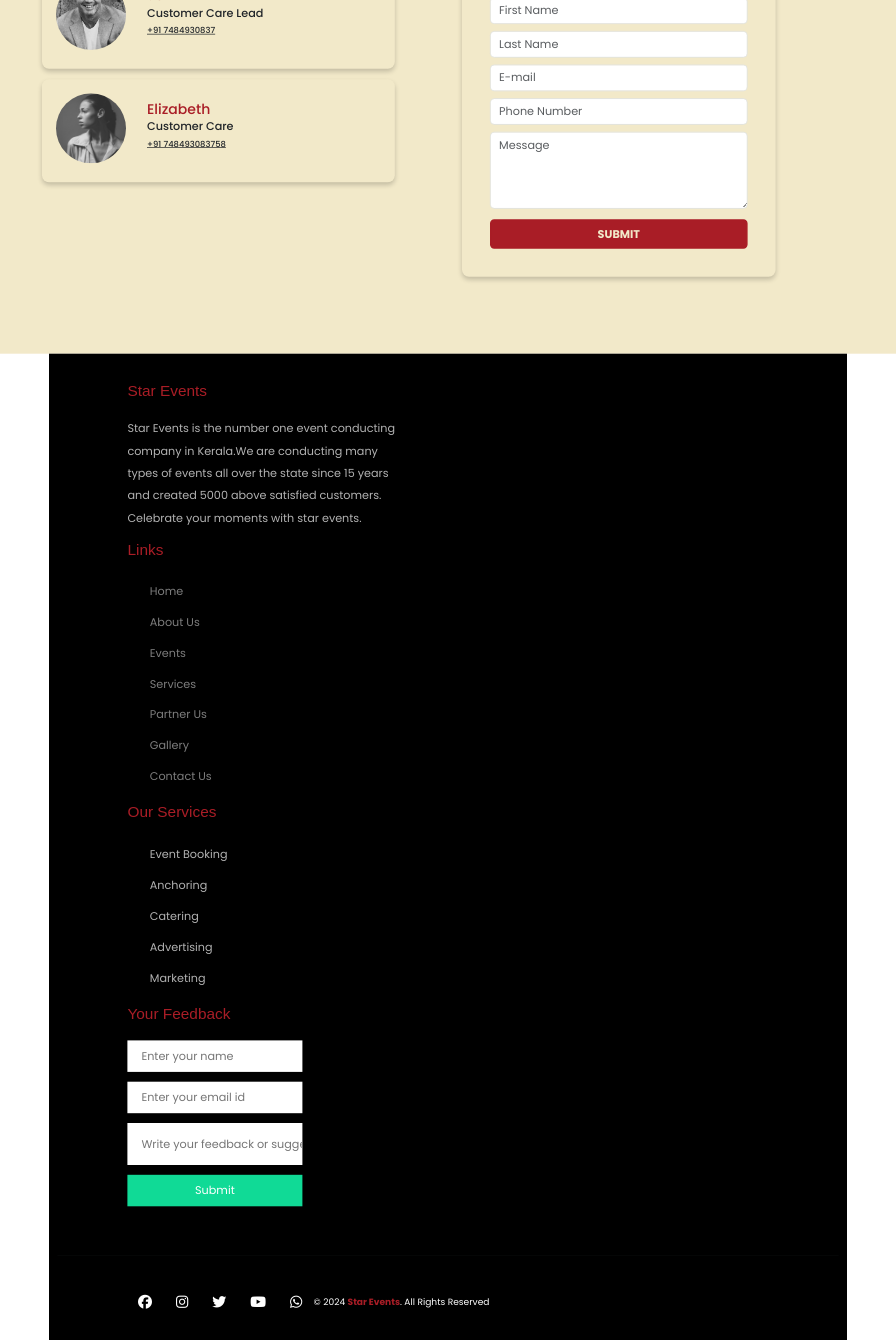
Repository: SharonSebastian32/Event-Management-System-
Page: index.html
An editor plug-in stored every save of this project. The page is shown before and after the next save, followed by the edit.
The browser window is 1280 px wide. The pictures show the part of the page from y = 4496 to 6416 px (the page is 6410 px tall before and 6416 px after), at 70% of full size.
A picture or video elsewhere on the page could not be fetched, so the positions and the page height are approximate. Some web libraries are served in a nearby version.

Above is the page before, as saved 2024-09-06 12:34:06.
Not found: assets/css/ContactUs.css

### index.html
<!DOCTYPE html>
<html lang="en">
  <head>
    <meta charset="UTF-8" />
    <meta name="viewport" content="width=device-width, initial-scale=1.0" />
    <link rel="icon" type="image/x-icon" href="./Assets/images/aa.png" />
    <title>Star Events</title>
    <link
      rel="stylesheet"
      href="https://cdnjs.cloudflare.com/ajax/libs/font-awesome/5.15.4/css/all.min.css"
    />
    <link rel="stylesheet" href="./Css/Styles.css" />

    <!-- conatct us  style -->
    <link rel="stylesheet" href="/assets/css/ContactUs.css" />
    <link
      href="https://cdn.jsdelivr.net/npm/bootstrap@5.3.0/dist/css/bootstrap.min.css"
      rel="stylesheet"
    />

    <!-- footer link  style   -->
    <link
      rel="stylesheet"
      href="https://cdnjs.cloudflare.com/ajax/libs/font-awesome/6.6.0/css/all.min.css"
      integrity="sha512-Kc323vGBEqzTmouAECnVceyQqyqdsSiqLQISBL29aUW4U/M7pSPA/gEUZQqv1cwx4OnYxTxve5UMg5GT6L4JJg=="
      crossorigin="anonymous"
      referrerpolicy="no-referrer"
    />
  </head>
  <body>
    <!-- hero section start -->
    <nav>
      <div class="nav-container">
        <div class="logo">
          <a href="#home">
            <img src="./Assets/images/aa.png" alt="Event Management Logo" />
          </a>
        </div>
        <ul class="nav-links">
          <li><a href="#home">HOME</a></li>
          <li><a href="#about">ABOUT US</a></li>
          <li><a href="#events-sect">EVENTS</a></li>
          <li><a href="#services">SERVICES</a></li>
          <li><a href="#partners us">PARTNERS US</a></li>
          <li><a href="#gallery">GALLERY</a></li>
          <li><a href="#contact-us">CONTACT US</a></li>
        </ul>
        <div class="sign-in">
          <a href="#login">SIGN IN</a>
        </div>
      </div>
    </nav>

    <!-- Section for Event Management Video -->
    <section class="video-section">
      <video autoplay muted loop>
        <source src="./Assets/videos/aa.mp4" type="video/mp4" />
        Your browser does not support the video tag.
      </video>
    </section>

    <!-- hero section end -->

    <!-- about us section  start-->
    <section id="about" class="about-us-section">
      <div class="about-container">
        <div class="about-text">
          <h2>ABOUT US</h2>
          <p>
            We are a leading event management company specializing in creating
            unforgettable experiences for our clients. With a team of passionate
            professionals, we bring ideas to life and turn your vision into
            reality.
          </p>
          <p>
            Whether it’s a corporate event, wedding, or private celebration, our
            attention to detail and personalized approach ensures that every
            event is a success.
          </p>
        </div>
        <div class="about-image">
          <img src="./Assets/images/about-us.jpg" alt="About Us" />
        </div>
      </div>
    </section>
    <!-- about us section  ends-->

    <!-- events section start -->

    <section id="events-sect" style="background-color: #f2e9c9">
      <center>
        <h1
          style="font-size: 45px; color: #a91d26; padding-top: 10px"
          data-aos="zoom-in"
        >
          EVENTS
        </h1>
        <form class="search-form" data-aos="flip-down">
          <input
            type="text"
            name="search"
            id="search"
            placeholder="Search events by name, category, price"
            data-aos="flip-down"
          />
          <button type="submit">Search</button>
        </form>
      </center>
      <div class="event-container" id="event-container">
        <!-- Event cards will be injected here by JavaScript -->
      </div>
      <div id="event-modal" class="modal" data-aos="fade-in">
        <div class="modal-content">
          <span class="close">&times;</span>
          <h2>Event Details</h2>
          <p id="event-description">Details will be displayed here.</p>
          <br />
          <a
            href="https://sharonsebastian32.github.io/razorpaypaymentgateway_implementation/"
            target="_blank"
          >
            <button class="view-details-btn">Register Now</button>
          </a>
        </div>
      </div>
    </section>

    <!-- events section end -->

    <!-- conatct us section -->
    <div class="container-fluid contact_us" id="contact-us">
      <h2>CONTACT-US</h2>
      <h6>Our team of customer care is ready to hear from you.</h6>

      <div class="row main_section">
        <div class="col-md-6 section1">
          <h3>Customer Care</h3>
          <p>
            Not sure where to start? Need help adding that extra mojo to your
            landing page? Just visit our
            <span>hepl center</span> or get in touch with us:
          </p>
          <div class="customer_care">
            <div class="customer_care_profile">
              <div class="profile_img">
                <img src="./Assets/images/men.jpg" alt="customer_care" />
              </div>
              <div class="profile_details">
                <h5>John</h5>
                <h6>Customer Care Lead</h6>
                <p>+91 7484930837</p>
              </div>
            </div>
            <div class="customer_care_profile">
              <div class="profile_img">
                <img src="./Assets/images/women.jpg" alt="customer_care" />
              </div>
              <div class="profile_details">
                <h5>Elizabeth</h5>
                <h6>Customer Care</h6>
                <p>+91 748493083758</p>
              </div>
            </div>
          </div>
        </div>
        <div class="col-md-6 section2">
          <h3>Reach out of us!</h3>
          <p>
            Got a question about us? Are you intereseted in partnering with us?
            Have some suggestions or just want to say Hi? Contact Us:
          </p>
          <form action="">
            <input
              class="form-control"
              type="text"
              name="first_name"
              placeholder="First Name"
              required
            />
            <input
              class="form-control"
              type="text"
              name="last_name"
              placeholder="Last Name"
              required
            />
            <input
              class="form-control"
              type="email"
              name="email"
              placeholder="E-mail"
              required
            />
            <input
              class="form-control"
              type="tel"
              name="phone"
              placeholder="Phone Number"
              required
            />
            <textarea
              class="form-control"
              name="message"
              id=""
              rows="4"
              placeholder="Message"
            ></textarea>
            <button class="btn">SUBMIT</button>
          </form>
        </div>
      </div>
    </div>
    <!-- contact us section -->

    <!-- footer section start -->
    <footer>
      <div class="container">
        <div class="row">
          <div class="footer-col">
            <h4>Star Events</h4>
            <p>
              Star Events is the number one event conducting <br />company in
              Kerala.We are conducting many <br />types of events all over the
              state since 15 years<br />
              and created 5000 above satisfied customers.<br />Celebrate your
              moments with star events.
            </p>
          </div>

          <div class="footer-col">
            <h4>Links</h4>
            <ul>
              <li><a href="">Home</a></li>
              <li><a href="">About Us</a></li>
              <li><a href="">Events</a></li>
              <li><a href="">Services</a></li>
              <li><a href="">Partner Us</a></li>
              <li><a href="">Gallery</a></li>
              <li><a href="">Contact Us</a></li>
            </ul>
          </div>

          <div class="footer-col">
            <h4>Our Services</h4>
            <ul>
              <li>Event Booking</li>
              <li>Anchoring</li>
              <li>Catering</li>
              <li>Advertising</li>
              <li>Marketing</li>
            </ul>
          </div>

          <div class="footer-col">
            <h4>Your Feedback</h4>
            <form action="">
              <input
                type="text"
                placeholder="Enter your name"
                class="inputname"
              />
              <input
                type="email"
                placeholder="Enter your email id"
                class="inputemail"
              />
              <input
                type="text"
                placeholder="Write your feedback or suggestions"
                class="inputfs"
              />
              <input type="submit" value="Submit" class="inputSubmit" />
            </form>
          </div>
        </div>
        <hr />
        <div class="row">
          <div class="col">
            <p>&#169;&nbsp;2024 <b>Star Events</b>. All Rights Reserved</p>
          </div>

          <div class="socialIcons">
            <a href=""><i class="fa-brands fa-facebook"></i></a>
            <a href=""><i class="fa-brands fa-instagram"></i></a>
            <a href=""><i class="fa-brands fa-twitter"></i></a>
            <a href=""><i class="fa-brands fa-youtube"></i></a>
            <a href=""><i class="fa-brands fa-whatsapp"></i></a>
          </div>
        </div>
      </div>
    </footer>
    <!-- footer setcion section end -->

    <script src="./Js/Scripts.js"></script>
    <script src="https://cdn.jsdelivr.net/npm/bootstrap@5.3.0/dist/js/bootstrap.bundle.min.js"></script>
  </body>
</html>

Loaded but not shown: json/events.json (837 lines, source omitted); Js/Scripts.js (59 lines, source omitted); Css/Styles.css (641 lines, source omitted)

After the next save:
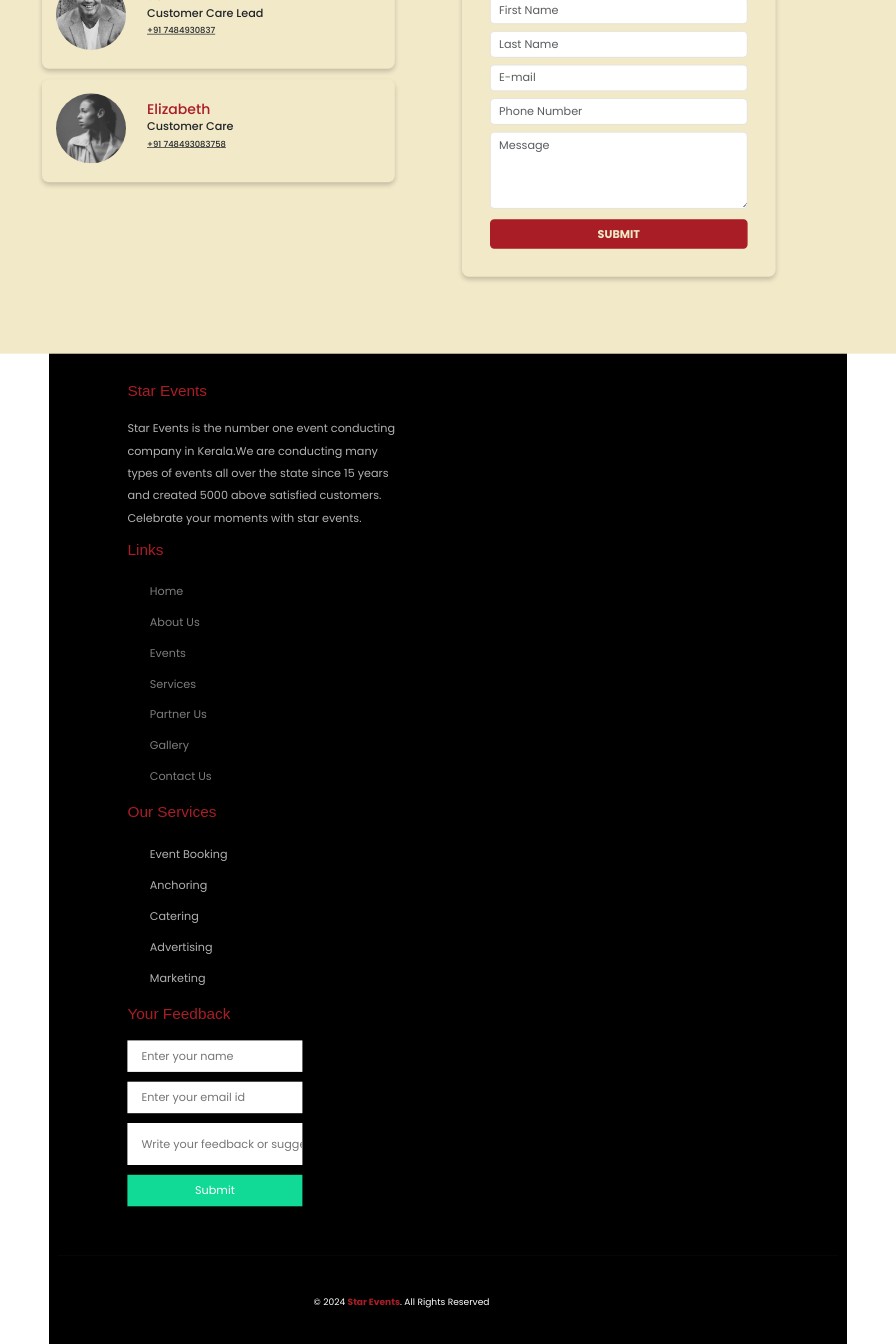
Saved 12 s later.
--- a/index.html
+++ b/index.html
@@ -19,13 +19,13 @@
     />
 
     <!-- footer link  style   -->
-    <link
+    <!-- <link
       rel="stylesheet"
       href="https://cdnjs.cloudflare.com/ajax/libs/font-awesome/6.6.0/css/all.min.css"
       integrity="sha512-Kc323vGBEqzTmouAECnVceyQqyqdsSiqLQISBL29aUW4U/M7pSPA/gEUZQqv1cwx4OnYxTxve5UMg5GT6L4JJg=="
       crossorigin="anonymous"
       referrerpolicy="no-referrer"
-    />
+    /> -->
   </head>
   <body>
     <!-- hero section start -->

After the save that followed:
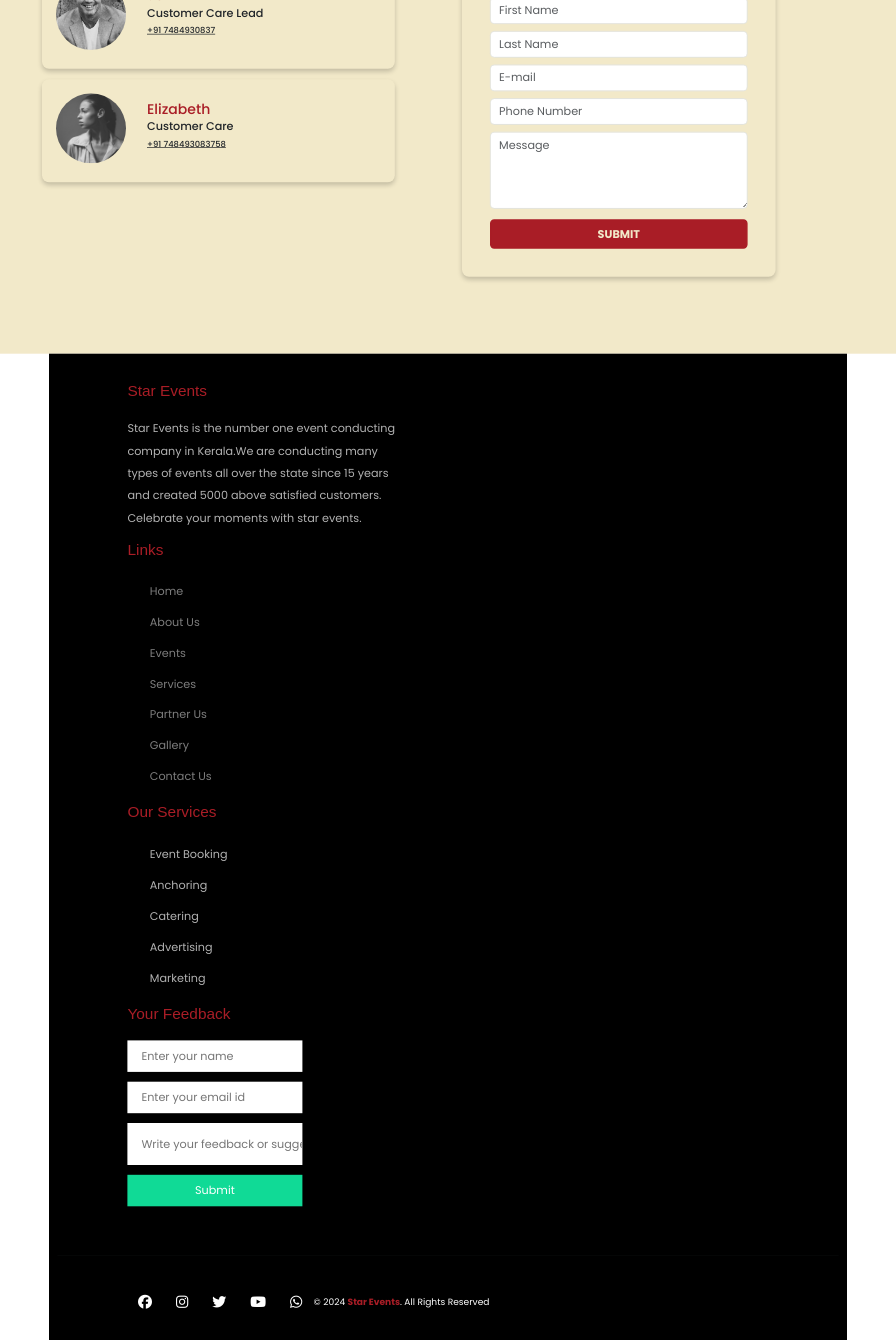
Saved 10 s later.
--- a/index.html
+++ b/index.html
@@ -19,13 +19,13 @@
     />
 
     <!-- footer link  style   -->
-    <!-- <link
+    <link
       rel="stylesheet"
       href="https://cdnjs.cloudflare.com/ajax/libs/font-awesome/6.6.0/css/all.min.css"
       integrity="sha512-Kc323vGBEqzTmouAECnVceyQqyqdsSiqLQISBL29aUW4U/M7pSPA/gEUZQqv1cwx4OnYxTxve5UMg5GT6L4JJg=="
       crossorigin="anonymous"
       referrerpolicy="no-referrer"
-    /> -->
+    />
   </head>
   <body>
     <!-- hero section start -->
